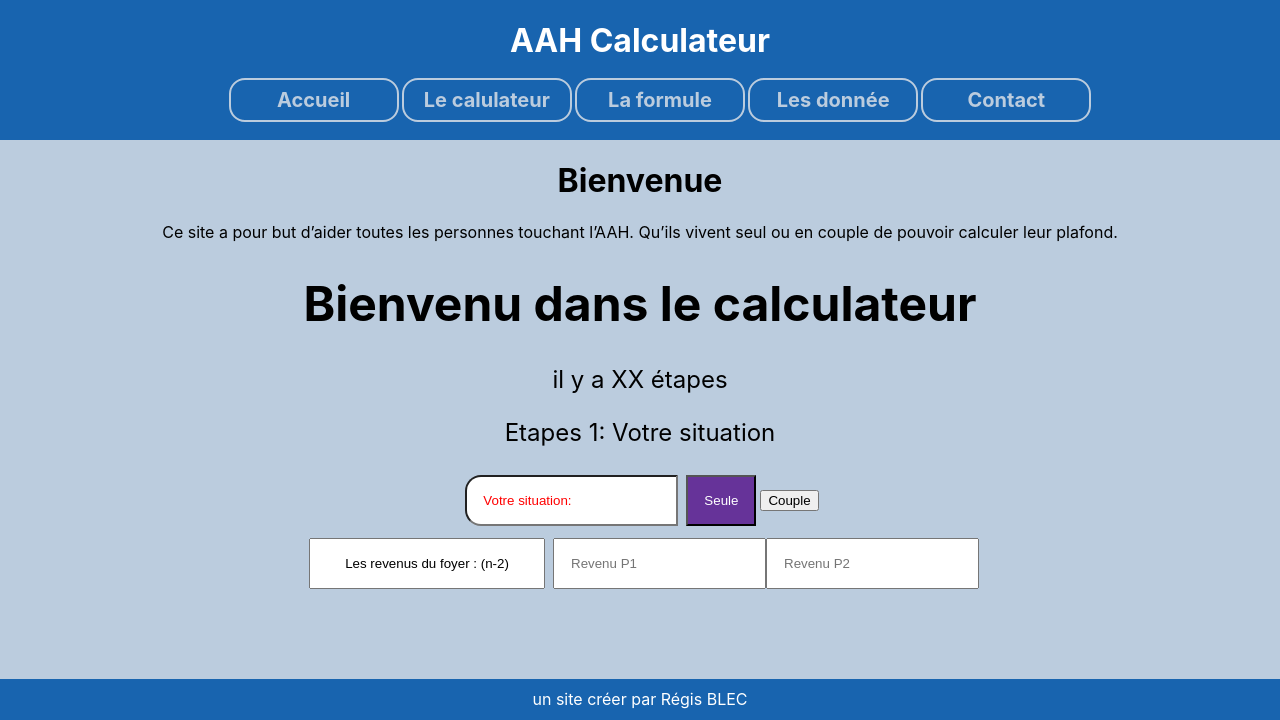
Repository: Cide74/calculateur-aah
Page: /
The author's editor kept a copy of each file at every save. The page is drawn from the files as they stood at one save, then again after the next save.
The browser window is 1280 px wide. The pictures show the whole page.
The project was rebuilt for these pictures with package versions that can differ from the ones it lists, and the page was loaded fresh each time.

Above is the page before, as saved 2021-04-05 18:31:17.

After the next save:
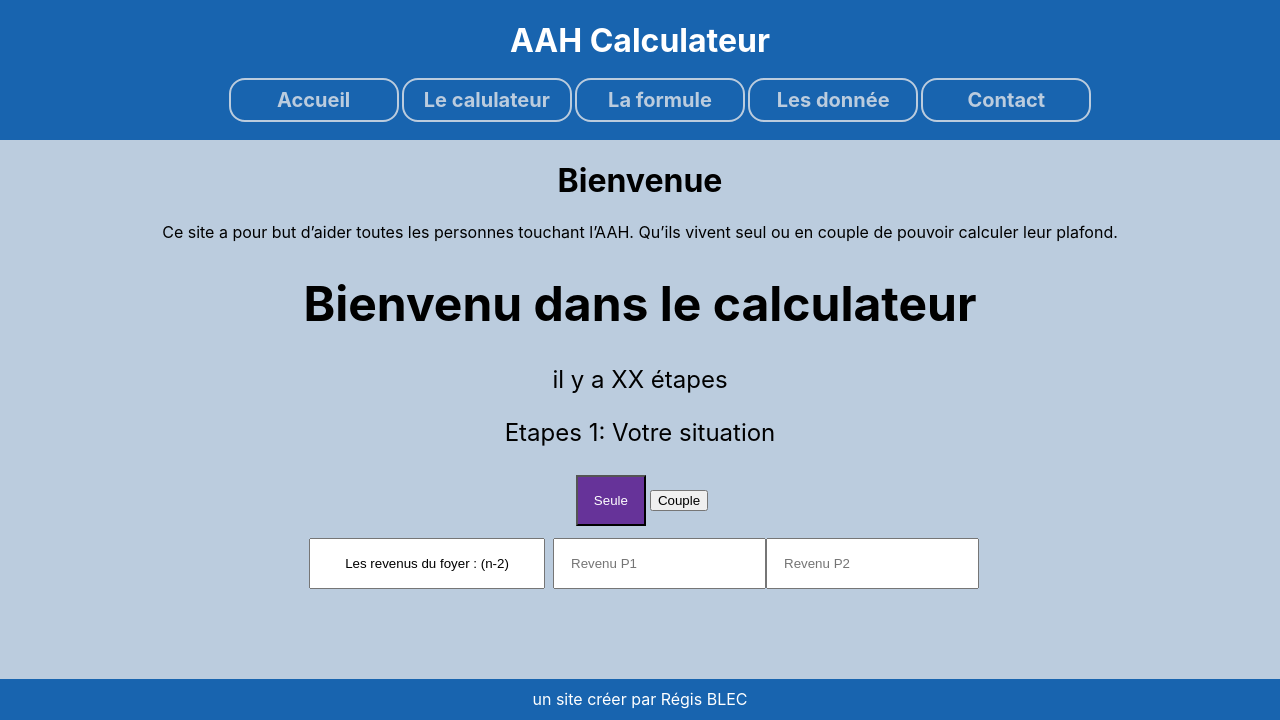
Saved 7 s later.
--- a/src/components/Calculator/Calculator.js
+++ b/src/components/Calculator/Calculator.js
@@ -15,14 +15,14 @@ export default function Calculator() {
         <form className="form">
           <p>Etapes 1: Votre situation</p>
           <div className='form-situation'>
-            {/* */}
+            {/*
             <input
               type='text'
               className='form-situation-text'
               //onChange= ''
               value="Votre situation:"
               name='revenu-text'
-            />
+            />*/}
             <Button
               className='form-situation-seule'
               content='Seule'
